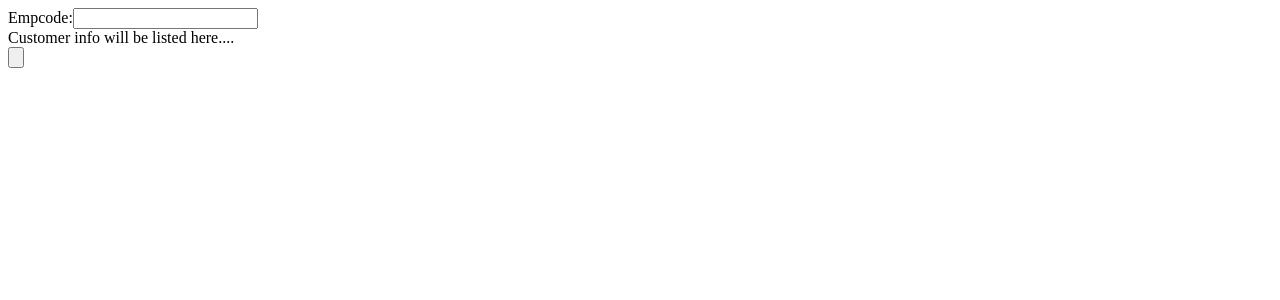
Repository: SravyaChunduri/workspace
Page: http://localhost/AJAXDemo/AddCust.jsp
An editor plug-in stored every save of this project. The page is shown before and after the next save, followed by the edit.
The browser window is 1280 px wide. The pictures show the whole page.
The page is served by Tomcat 9.

Above is the page before, as saved 2015-08-17 09:05:20.
Console error: SyntaxError: Unexpected identifier 'code'

After the next save:
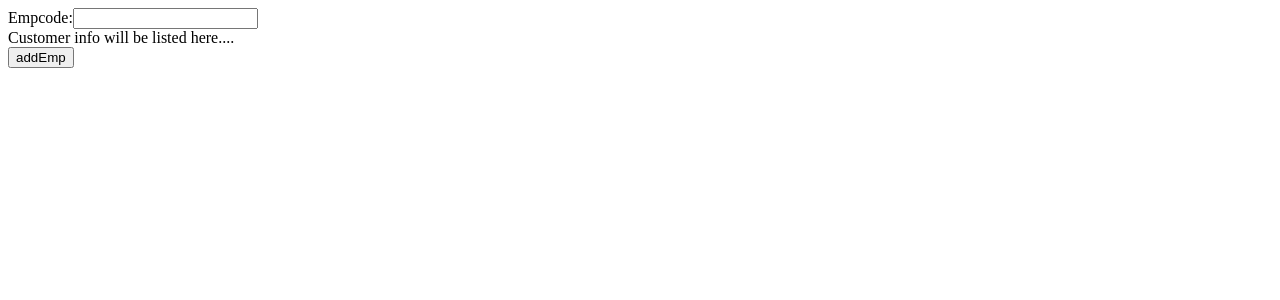
Saved 53 s later.
--- a/AJAXDemo/WebContent/AddCust.jsp
+++ b/AJAXDemo/WebContent/AddCust.jsp
@@ -45,7 +45,7 @@ xmlhttp.send();
 Empcode:<input type="text" name="code">
 
 <div id="txtHint">Customer info will be listed here....</div>
-<input type="button" name="add" onClick="addEmp()">
+<input type="button" name="add" value="addEmp" onClick="addEmp()">
 
 </form>
 
